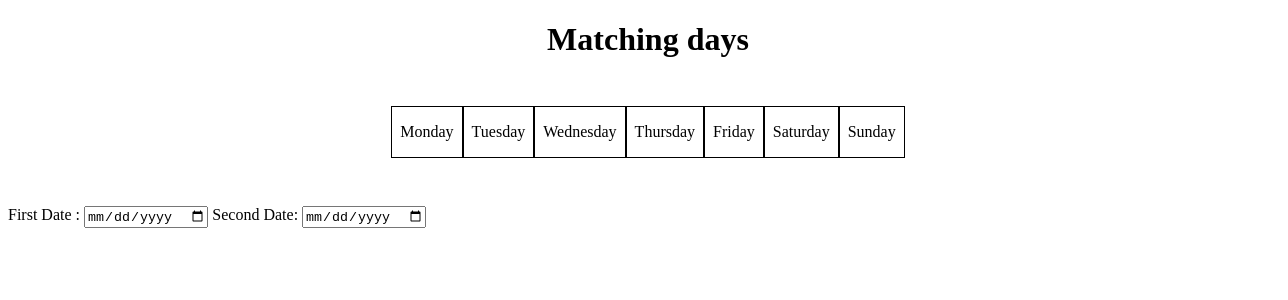
Repository: lasity34/matching-days
Page: index.html
These files come from the project's save history. The page is drawn as it stood at one moment and after the next save; the edit follows.
The browser window is 1280 px wide. The page is 1288 px wide, so the pictures cover 1288 px, including what lies to the right of the window. The pictures show the whole page.
Some web libraries are served in a nearby version.

Above is the page before, as saved 2023-05-10 10:17:27.

### index.html
<!DOCTYPE html>
<html lang="en">
<head>
    <meta charset="UTF-8">
    <meta http-equiv="X-UA-Compatible" content="IE=edge">
    <meta name="viewport" content="width=device-width, initial-scale=1.0">
    <title>Matching days</title>
    <link rel="stylesheet" href="style.css" >
</head>
<script src="https://cdnjs.cloudflare.com/ajax/libs/handlebars.js/4.0.11/handlebars.min.js"></script>
<script type="text/x-template" id="days_template">
    {{#each different_days}}
    <div class="day_box">{{day}}</div>
    {{/each}}
</script>
<body>

    <h1>Matching days</h1>
    <section class="days_container">

    </section>
    <section class="date_input_container">
        <label for="first_date">First Date :</label>
        <input type="date" id="first_date" name="first_date" />
        <label for="second_date">Second Date:</label>
        <input type="date" id="second_date" name="second_date"/>
    </section>


        <!-- matching-days function -->
        <script src="/matching-days.js" charset="utf-8"></script>
        <!-- followed by the tests -->
        <script src="./matching-days-factory.js" charset="utf-8"></script>

</body>
</html>

### style.css

body {
    width: 100%;
}

h1 {
    text-align: center;
}

.days_container {
    display: flex;
    justify-content: center;
    margin: 3em auto;
    width: 100%;
}

.day_box {
    border: 1px solid black;
    padding: 1em 0.5em
}

### matching-days.js



document.addEventListener("DOMContentLoaded", function() {

    const template_source = document.querySelector("#days_template").innerHTML
    const days_template = Handlebars.compile(template_source)
    const days_data_display = document.querySelector(".days_container")

    const daysData = {
        different_days: [
            { day: "Monday"},
            { day: "Tuesday"},
            { day: "Wednesday"},
            { day: "Thursday"},
            { day: "Friday"},
            { day: "Saturday"},
            { day: "Sunday"}
        ]
    }

    const daysDataHTML = days_template(daysData)

    days_data_display.innerHTML = daysDataHTML

})

Loaded but not shown: matching-days-factory.js (no stored copy; drawn as an empty file)

After the next save:
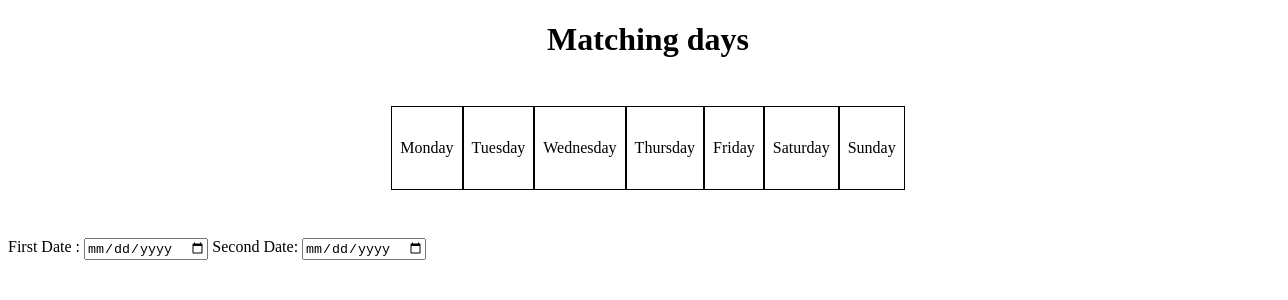
Saved 4 min 30 s later.
--- a/index.html
+++ b/index.html
@@ -10,7 +10,7 @@
 <script src="https://cdnjs.cloudflare.com/ajax/libs/handlebars.js/4.0.11/handlebars.min.js"></script>
 <script type="text/x-template" id="days_template">
     {{#each different_days}}
-    <div class="day_box">{{day}}</div>
+    <div class="day_box"><p class="day_text">{{day}}</p></div>
     {{/each}}
 </script>
 <body>
